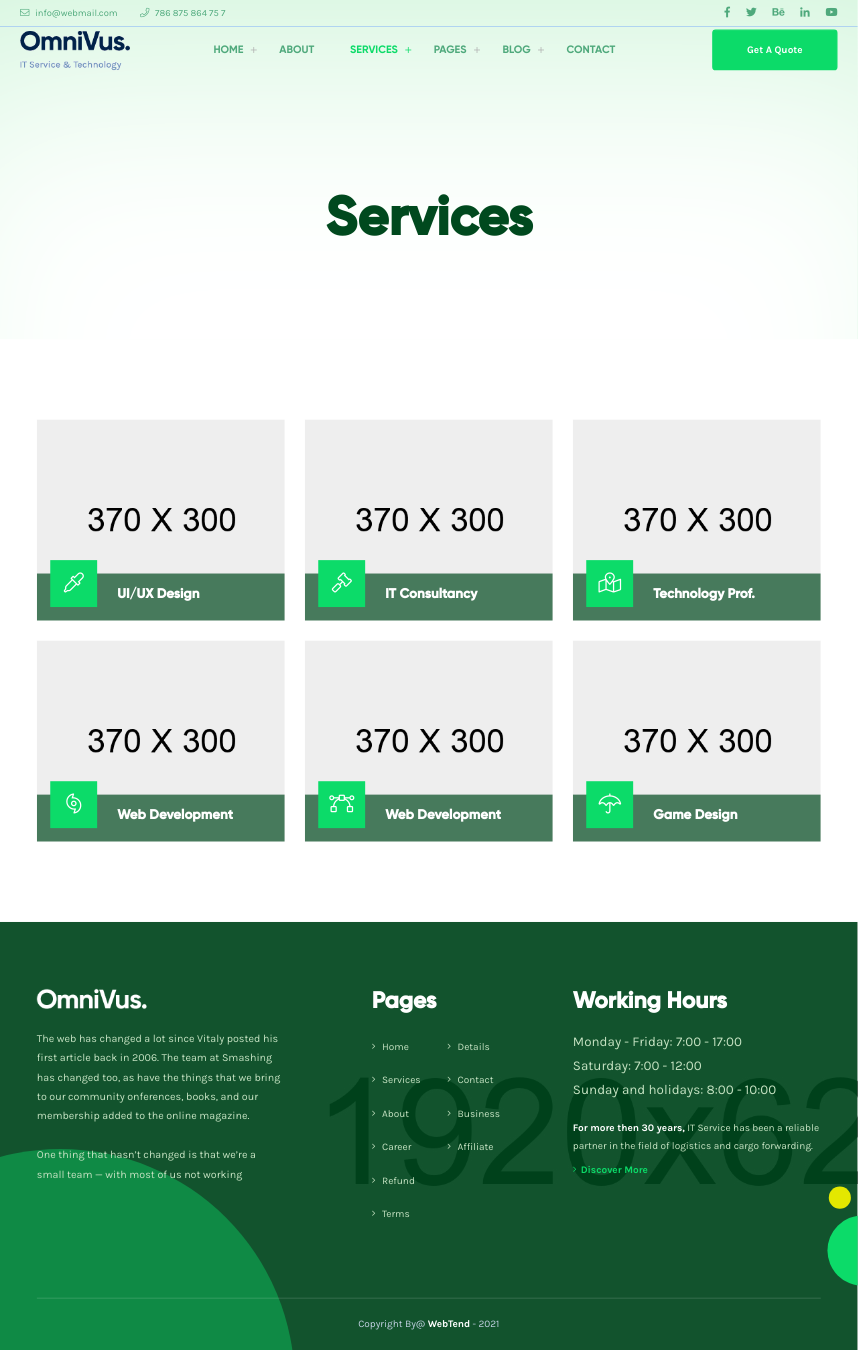
Repository: ziadmoh/alrehab-organic
Page: products.html
An editor plug-in stored every save of this project. The page is shown before and after the next save, followed by the edit.
The browser window is 1280 px wide. The pictures show the whole page, at 67% of full size.
The style sheet was rebuilt from its Sass, Less or Tailwind sources for each picture, by a compiler version that may differ from the author's.

Above is the page before, as saved 2023-09-26 11:53:32.

### products.html
<!DOCTYPE html>
<html lang="zxx">

<head>
    <!--====== Required meta tags ======-->
    <meta charset="utf-8" />
    <meta http-equiv="x-ua-compatible" content="ie=edge" />
    <meta name="description" content="" />
    <meta name="viewport" content="width=device-width, initial-scale=1, shrink-to-fit=no" />

    <!--====== Title ======-->
    <title> Herbs and Spices Exporter | AlRehab Organic </title>
    <!--====== Favicon Icon ======-->
    <link rel="shortcut icon" href="assets/img/favicon.ico" type="img/png" />
    <!--====== Bootstrap css ======-->
    <link rel="stylesheet" href="assets/css/bootstrap.min.css" />
    <!--====== Slick Slider ======-->
    <link rel="stylesheet" href="assets/css/slick.css" />
    <!--====== Magnific ======-->
    <link rel="stylesheet" href="assets/css/magnific-popup.css" />
    <!--====== Animate CSS ======-->
    <link rel="stylesheet" href="assets/css/animate.min.css" />
    <!--====== Font Awesome ======-->
    <link rel="stylesheet" href="assets/css/font-awesome.min.css" />
    <!--====== Main Css ======-->
    <link rel="stylesheet" href="assets/css/style.css" />
</head>

<body>
    <!--====== Preloader Start ======-->
    <div id="preloader">
        <div class="loader-cubes">
            <div class="loader-cube1 loader-cube"></div>
            <div class="loader-cube2 loader-cube"></div>
            <div class="loader-cube4 loader-cube"></div>
            <div class="loader-cube3 loader-cube"></div>
        </div>
    </div>
    <!--====== Preloader End ======-->

    <!--====== Header Part Start ======-->
    <header class="header-two header-full-width sticky-header">
        <div class="header-topbar d-none d-sm-block">
            <div class="container-fluid">
                <div class="row align-items-center justify-content-between">
                    <div class="col-sm-auto col-12">
                        <ul class="contact-info text-center">
                            <li><a href="#"><i class="fal fa-envelope"></i> info@webmail.com</a></li>
                            <li><a href="#"><i class="fal fa-phone"></i> 786 875 864 75 7</a></li>
                        </ul>
                    </div>
                    <div class="col-sm-auto col-12">
                        <div class="social-icon text-center">
                            <ul>
                                <li><a href="#"><i class="fab fa-facebook-f"></i></a></li>
                                <li><a href="#"><i class="fab fa-twitter"></i></a></li>
                                <li><a href="#"><i class="fab fa-behance"></i></a></li>
                                <li><a href="#"><i class="fab fa-linkedin-in"></i></a></li>
                                <li><a href="#"><i class="fab fa-youtube"></i></a></li>
                            </ul>
                        </div>
                    </div>
                </div>
            </div>
        </div>
        <div class="header-navigation">
            <div class="container-fluid d-flex align-items-center justify-content-between">
                <div class="header-left">
                    <div class="site-logo">
                        <a href="index.html"><img src="assets/img/logo-2.png" alt="Omnivus"></a>
                    </div>
                </div>
                <div class="site-nav-menu">
                    <ul class="primary-menu">
                        <li>
                            <a href="index.html">Home</a>
                             <ul class="submenu">
                                <li><a href="index.html">Home 1</a></li>
                                <li><a href="index-2.html">Home 2</a></li>
                                <li><a href="index-3.html">Home 3</a></li>
                                <li><a href="index-4.html">Home 4</a></li>
                                <li><a href="index-5.html">Home 5</a></li>
                                <li><a href="index-6.html">Home 6</a></li>
                                <li>
                                    <a href="#">OnePage</a>
                                    <ul class="submenu">
                                        <li><a href="index-onepage.html">Home 1</a></li>
                                        <li><a href="index-2-onepage.html">Home 2</a></li>
                                        <li><a href="index-3-onepage.html">Home 3</a></li>
                                        <li><a href="index-4-onepage.html">Home 4</a></li>
                                        <li><a href="index-5-onepage.html">Home 5</a></li>
                                        <li><a href="index-6-onepage.html">Home 6</a></li>
                                    </ul>
                                </li>
                            </ul>
                        </li>
                        <li>
                            <a class="nav-link" href="about.html">About</a>
                        </li>
                        <li class="current">
                            <a href="#">Services</a>
                            <ul class="submenu">
                                <li><a href="services.html">Services</a></li>
                                <li><a href="services-details.html">Services Details</a></li>
                            </ul>
                        </li>
                        <li>
                            <a href="#">Pages</a>
                            <ul class="submenu">
                                <li><a href="case-study.html">case study</a></li>
                                <li><a href="case-details.html">Case Details</a></li>
                                <li><a href="coming-soon.html">coming soon</a></li>
                                <li><a href="error.html">error</a></li>
                                <li><a href="faq.html">faq</a></li>
                                <li><a href="pricing.html">pricing</a></li>
                                <li><a href="shop.html">shop</a></li>
                                <li><a href="shop-details.html">shop Details</a></li>
                                <li><a href="cart.html">Cart</a></li>
                                <li><a href="checkout.html">Checkout</a></li>
                                <li><a href="privacy.html">Privacy</a></li>
                                <li><a href="team.html">team</a></li>
                                <li><a href="team-details.html">team details</a></li>
                            </ul>
                        </li>
                        <li>
                            <a href="#">Blog</a>
                            <ul class="submenu">
                                <li><a href="blog-standard.html">Blog Standard</a></li>
                                <li><a href="blog-grid.html">Blog Grid</a></li>
                                <li><a href="blog-details.html">Blog Details</a></li>
                            </ul>
                        </li>
                        <li>
                            <a href="contact.html">Contact</a>
                        </li>
                    </ul>
                    <a href="#" class="nav-close"><i class="fal fa-times"></i></a>
                </div>
                <div class="header-extra d-flex align-items-center">
                    <div class="nav-toggler">
                        <span></span><span></span><span></span>
                    </div>
                    <div class="navbar-btn">
                        <a href="#">Get A Quote</a>
                    </div>
                </div>
            </div>
        </div>
    </header>
    <!--====== Header Part End ======-->

    <!--====== Page Title start ======-->
    <section class="page-title-area">
        <div class="container">
            <h2 class="title">Services</h2>
        </div>
    </section>
    <!--====== Page Title End ======-->

    <!--====== Service Section Start ======-->
    <section class="service-section-two section-gap-top pb-90">
        <div class="container">
            <div class="row service-items justify-content-center">
                <div class="col-lg-4 col-md-6 col-sm-8">
                    <div class="service-item-eight mb-30">
                        <div class="service-img">
                            <img src="assets/img/service-img/07.jpg" alt="Image">
                        </div>
                        <div class="services-overlay">
                            <div class="icon"><i class="fal fa-eye-dropper"></i></div>
                            <h4 class="title"><a href="#">UI/UX Design</a></h4>
                            <p>The functional goal of technical content is to help people use a product successfully. The business goal must tie the content.</p>
                        </div>
                    </div>
                </div>
                <div class="col-lg-4 col-md-6 col-sm-8">
                    <div class="service-item-eight mb-30">
                        <div class="service-img">
                            <img src="assets/img/service-img/08.jpg" alt="Image">
                        </div>
                        <div class="services-overlay">
                            <div class="icon"><i class="fal fa-gavel"></i></div>
                            <h4 class="title"><a href="#">IT Consultancy</a></h4>
                            <p>The functional goal of technical content is to help people use a product successfully. The business goal must tie the content.</p>
                        </div>
                    </div>
                </div>
                <div class="col-lg-4 col-md-6 col-sm-8">
                    <div class="service-item-eight mb-30">
                        <div class="service-img">
                            <img src="assets/img/service-img/09.jpg" alt="Image">
                        </div>
                        <div class="services-overlay">
                            <div class="icon"><i class="fal fa-map-marked-alt"></i></div>
                            <h4 class="title"><a href="#">Technology Prof.</a></h4>
                            <p>The functional goal of technical content is to help people use a product successfully. The business goal must tie the content.</p>
                        </div>
                    </div>
                </div>
                <div class="col-lg-4 col-md-6 col-sm-8">
                    <div class="service-item-eight mb-30">
                        <div class="service-img">
                            <img src="assets/img/service-img/10.jpg" alt="Image">
                        </div>
                        <div class="services-overlay">
                            <div class="icon"><i class="fal fa-hurricane"></i></div>
                            <h4 class="title"><a href="#">Web Development</a></h4>
                            <p>The functional goal of technical content is to help people use a product successfully. The business goal must tie the content.</p>
                        </div>
                    </div>
                </div>
                <div class="col-lg-4 col-md-6 col-sm-8">
                    <div class="service-item-eight mb-30">
                        <div class="service-img">
                            <img src="assets/img/service-img/11.jpg" alt="Image">
                        </div>
                        <div class="services-overlay">
                            <div class="icon"><i class="fal fa-bezier-curve"></i></div>
                            <h4 class="title"><a href="#">Web Development</a></h4>
                            <p>The functional goal of technical content is to help people use a product successfully. The business goal must tie the content.</p>
                        </div>
                    </div>
                </div>
                <div class="col-lg-4 col-md-6 col-sm-8">
                    <div class="service-item-eight mb-30">
                        <div class="service-img">
                            <img src="assets/img/service-img/12.jpg" alt="Image">
                        </div>
                        <div class="services-overlay">
                            <div class="icon"><i class="fal fa-umbrella"></i></div>
                            <h4 class="title"><a href="#">Game Design</a></h4>
                            <p>The functional goal of technical content is to help people use a product successfully. The business goal must tie the content.</p>
                        </div>
                    </div>
                </div>
            </div>
        </div>
    </section>
    <!--====== Service Section End ======-->


    <!--====== Back to top start ======-->
    <div class="back-to-top">
        <a href="#"> <i class="fas fa-arrow-up"></i> </a>
    </div>
    <!--====== Back to top start ======-->

    <!--====== Footer PART START ======-->
    <footer class="footer-area footer-area-two" style="background-image: url(assets/img/footer-bg.jpg);">
        <div class="container">
            <div class="row footer-widgets">
                <div class="col-lg-4 col-md-6 col-md-7">
                    <div class="widget about-widget">
                        <div class="logo">
                            <img src="assets/img/logo-1.1.png" alt="Image">
                        </div>
                        <p>The web has changed a lot since Vitaly posted his first article back in 2006. The team at
                            Smashing has changed too, as have the things that we bring to our community onferences,
                            books, and our membership added to the online magazine.</p>
                        <p>One thing that hasn’t changed is that we’re a small team — with most of us not working</p>
                    </div>
                </div>
                <div class="col-lg-3 col-md-6 offset-xl-1">
                    <div class="widget nav-widget">
                        <h4 class="widget-title">Pages</h4>
                        <div class="footer-list">
                            <ul>
                                <li><a href="#"><i class="fal fa-angle-right"></i> Home</a></li>
                                <li><a href="#"><i class="fal fa-angle-right"></i> Services</a></li>
                                <li><a href="#"><i class="fal fa-angle-right"></i> About</a></li>
                                <li><a href="#"><i class="fal fa-angle-right"></i> Career</a></li>
                                <li><a href="#"><i class="fal fa-angle-right"></i> Refund</a></li>
                                <li><a href="#"><i class="fal fa-angle-right"></i> Terms</a></li>
                            </ul>
                            <ul>
                                <li><a href="#"><i class="fal fa-angle-right"></i> Details</a></li>
                                <li><a href="#"><i class="fal fa-angle-right"></i> Contact</a></li>
                                <li><a href="#"><i class="fal fa-angle-right"></i> Business</a></li>
                                <li><a href="#"><i class="fal fa-angle-right"></i> Affiliate</a></li>
                            </ul>
                        </div>
                    </div>
                </div>
                <div class="col-lg-4 col-md-6 col-md-6">
                    <div class="widget contact-widget">
                        <h4 class="widget-title">Working Hours</h4>
                        <ul>
                            <li>Monday - Friday: 7:00 - 17:00</li>
                            <li>Saturday: 7:00 - 12:00</li>
                            <li>Sunday and holidays: 8:00 - 10:00</li>
                        </ul>
                        <p><span>For more then 30 years,</span> IT Service has been a reliable partner in the field of
                            logistics and cargo forwarding.</p>
                        <a href="#"><i class="fal fa-angle-right"></i>Discover More</a>
                    </div>
                </div>
            </div>
            <div class="footer-copyright">
                <p>Copyright By@ <a href="#">WebTend</a> - 2021</p>
            </div>
        </div>
    </footer>
    <!--====== Footer PART ENDS ======-->

    <!--====== Jquery ======-->
    <script src="assets/js/jquery-1.12.4.min.js"></script>
    <!--====== Bootstrap ======-->
    <script src="assets/js/bootstrap.bundle.min.js"></script>
    <!--====== Slick slider ======-->
    <script src="assets/js/slick.min.js"></script>
    <!--====== Magnific ======-->
    <script src="assets/js/jquery.magnific-popup.min.js"></script>
    <!--====== Isotope ======-->
    <script src="assets/js/isotope.pkgd.min.js"></script>
    <!--====== Imagesloaded ======-->
    <script src="assets/js/imagesloaded.pkgd.min.js"></script>
    <!--====== Inview ======-->
    <script src="assets/js/jquery.inview.min.js"></script>
    <!--====== Easy Pie Chart ======-->
    <script src="assets/js/jquery.easypiechart.min.js"></script>
    <!--====== Syotimer ======-->
    <script src="assets/js/jquery.syotimer.min.js"></script>
    <!--====== Wow ======-->
    <script src="assets/js/wow.min.js"></script>
    <!--====== Main JS ======-->
    <script src="assets/js/main.js"></script>
</body>

</html>

### assets/scss/style.scss
/*-----------------------------------------------------------------------------------
    Template Name: Omnivus - IT Solutions & Digital Services HTML5 Template
    Template URI: https://webtend.net/demo/html/omnivus/
    Author: WebTend
    Author URI:  https://webtend.net/
    Version: 1.0

    Note: This is Main Style Scss File.
-----------------------------------------------------------------------------------
	CSS INDEX
	===================
    01. Common
    02. Header
    03. Banner
    04. Service
    05. Feature
    05. Portdolio
    07. Counter
    08. Team
    09. Testimonial
    10. Call to action
    11. Latest Post
    12. About
    13. Why Choose
    14. Contact
    15. Intro Video
    16. Accordion
    17. history
    18. Brand
    19. Page title
    20. Shop
    21. Blog
    22. Pricing
    23. Tile Gallery
    24. Comming Soon
    25. Privacy
-----------------------------------------------------------------------------------*/

@import "variables";
@import "common";
@import "header";
@import "banner";
@import "service";
@import "feature";
@import "portfolio";
@import "counter";
@import "team";
@import "testimonial";
@import "cta";
@import "latest-news";
@import "about";
@import "why-choose";
@import "contact";
@import "intro-video";
@import "accordion";
@import "history";
@import "brand";
@import "footer";
@import "page-title";
@import "shop";
@import "blog";
@import "pricing";
@import "tile-gallery";
@import "coming-soon";
@import "privacy";

### assets/scss/_brand.scss
/*=======  Brand Slider  =======*/
.brand-slider {
    .brand-item {
        text-align: center;

        a {
            opacity: 0.2;

            &:hover {
                opacity: 1;
            }
        }

        &.full-opacity a{
            opacity: 1;
        }
    }

    .slick-track {
        display: flex;
        align-items: center;
    }
}

### assets/scss/_page-title.scss
/*=======  Page Title  =======*/
.page-title-area {
    background: #a9ecbb96;
    position: relative;
    z-index: 1;
    text-align: center;
    padding-top: 280px;
    padding-bottom: 120px;

    @include respond-below(sm) {
        padding-top: 180px;
    }

    &::before {
        position: absolute;
        content: "";
        top: 0;
        left: 0;
        width: 100%;
        height: 100%;
        background-image: url(../img/banner/banner-gradient-bg-2.png);
        background-repeat: no-repeat;
        background-size: cover;
        background-position: center;
        z-index: -1;
    }

    .title {
        font-size: 80px;
        margin-bottom: 10px;

        @include respond-below(lg) {
            font-size: 62px;
        }

        @include respond-below(sm) {
            font-size: 38px;
        }
    }

    .breadcrumb-nav {
        display: flex;
        justify-content: center;

        li {
            font-size: 24px;
            font-weight: 700;
            position: relative;
            line-height: 1;

            @include respond-below(sm) {
                font-size: 18px;
            }

            &:not(:last-child) {
                &::after {
                    content: "|";
                    margin: 0 8px;
                }
            }

            &,
            a {
                color: #69a1bb;
            }
        }
    }
}

### assets/scss/_privacy.scss
/*=======  Privacy  =======*/
.privacy-area {
    .content-box {
        padding-bottom: 25px;
        border-bottom: 1px solid $border-color;
        color: $text-color-2;

        &:last-child {
            border-bottom: none;
        }

        h2 {
            margin-bottom: 20px;
        }

        h4 {
            max-width: 80%;
            margin-bottom: 15px;
        }

        p {
            margin-bottom: 20px;
        }

        ul.list {
            margin-top: 15px;

            li {
                position: relative;
                padding-left: 20px;
                padding-bottom: 15px;
                line-height: 20px;

                &:before {
                    position: absolute;
                    top: 5px;
                    left: 0;
                    width: 10px;
                    height: 10px;
                    border-radius: 10px;
                    background: $secondary-color;
                    content: "";
                }
            }
        }
    }
}

Loaded but not shown: assets/css/bootstrap.min.css (library); assets/css/slick.css (common file); assets/css/magnific-popup.css (library); assets/css/animate.min.css (library); assets/css/font-awesome.min.css (library); assets/js/jquery-1.12.4.min.js (library); assets/js/bootstrap.bundle.min.js (library); assets/js/slick.min.js (library); assets/js/jquery.magnific-popup.min.js (library); assets/js/isotope.pkgd.min.js (library); assets/js/imagesloaded.pkgd.min.js (library); assets/js/jquery.inview.min.js (common file); assets/js/jquery.easypiechart.min.js (library); assets/js/jquery.syotimer.min.js (library); assets/js/wow.min.js (library); assets/js/main.js (629 lines, source omitted); assets/scss/_blog.scss (1050 lines, source omitted); assets/scss/_header.scss (781 lines, source omitted); assets/scss/_service.scss (849 lines, source omitted); assets/scss/_banner.scss (727 lines, source omitted); assets/scss/_common.scss (1101 lines, source omitted); assets/scss/_shop.scss (765 lines, source omitted); assets/scss/_portfolio.scss (552 lines, source omitted); assets/scss/_team.scss (422 lines, source omitted); assets/scss/_accordion.scss (320 lines, source omitted); assets/scss/_feature.scss (328 lines, source omitted); assets/scss/_intro-video.scss (289 lines, source omitted); assets/scss/_counter.scss (327 lines, source omitted); assets/scss/_latest-news.scss (316 lines, source omitted); assets/scss/_cta.scss (275 lines, source omitted); assets/scss/_contact.scss (280 lines, source omitted); assets/scss/_about.scss (261 lines, source omitted); assets/scss/_footer.scss (239 lines, source omitted); assets/scss/_history.scss (164 lines, source omitted); assets/scss/_coming-soon.scss (136 lines, source omitted); assets/scss/_testimonial.scss (143 lines, source omitted); assets/scss/_variables.scss (120 lines, source omitted); assets/scss/_pricing.scss (147 lines, source omitted); assets/scss/_why-choose.scss (109 lines, source omitted); assets/scss/_tile-gallery.scss (119 lines, source omitted)

After the next save:
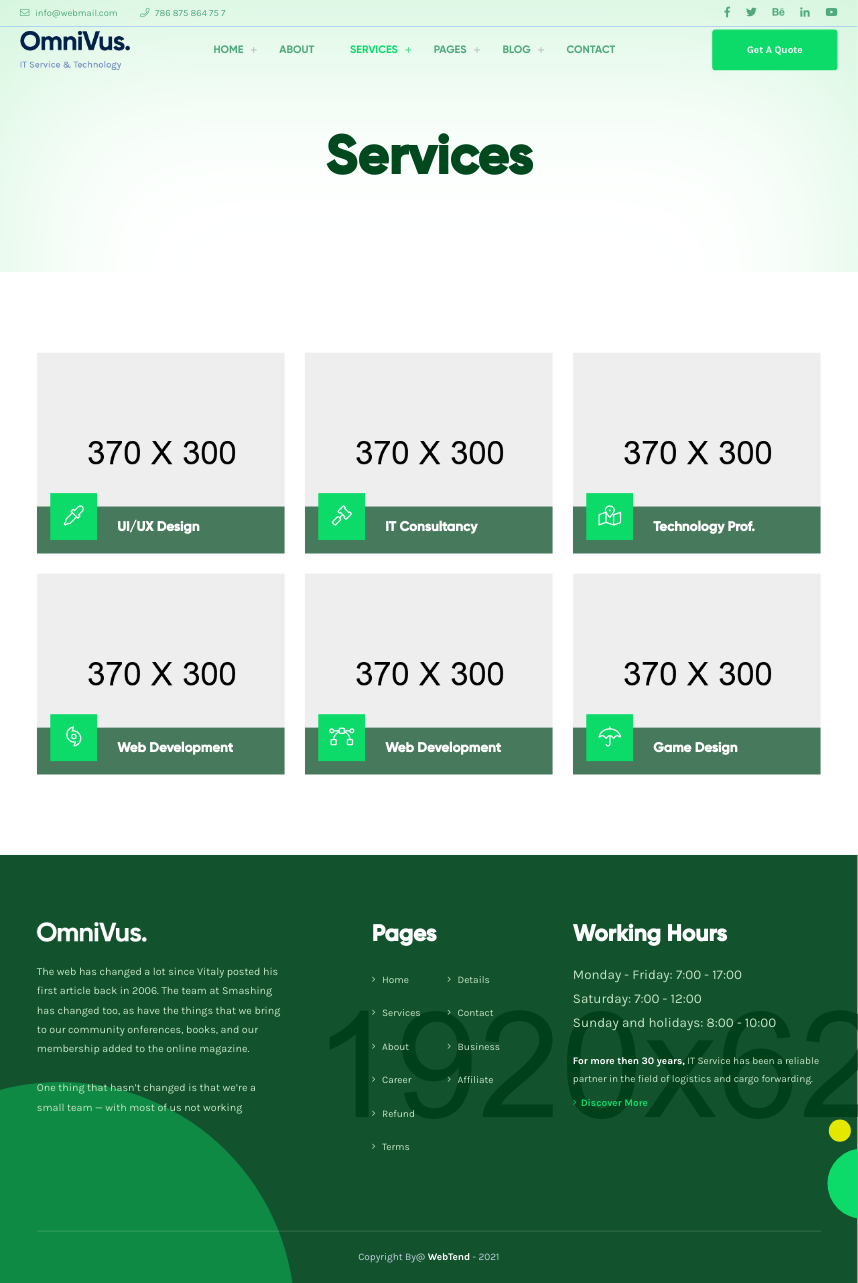
Saved 2 min 31 s later.
--- a/assets/scss/_page-title.scss
+++ b/assets/scss/_page-title.scss
@@ -4,8 +4,8 @@
     position: relative;
     z-index: 1;
     text-align: center;
-    padding-top: 280px;
-    padding-bottom: 120px;
+    padding-top: 190px;
+    padding-bottom: 110px;
 
     @include respond-below(sm) {
         padding-top: 180px;
